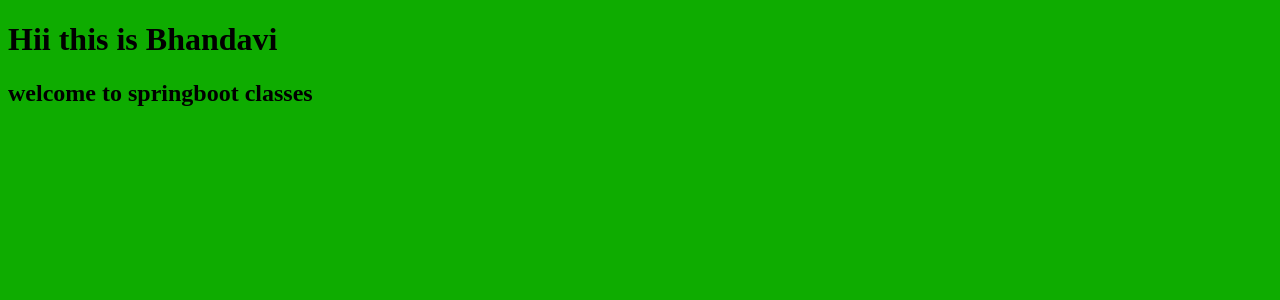
Repository: Bhandavi123/SpringPrograms
Page: SpringBootEx1/src/main/webapp/data.html
An editor plug-in stored every save of this project. The page is shown before and after the next save, followed by the edit.
The browser window is 1280 px wide. The pictures show the whole page.

Above is the page before, as saved 2024-03-19 09:28:12.

After the next save:
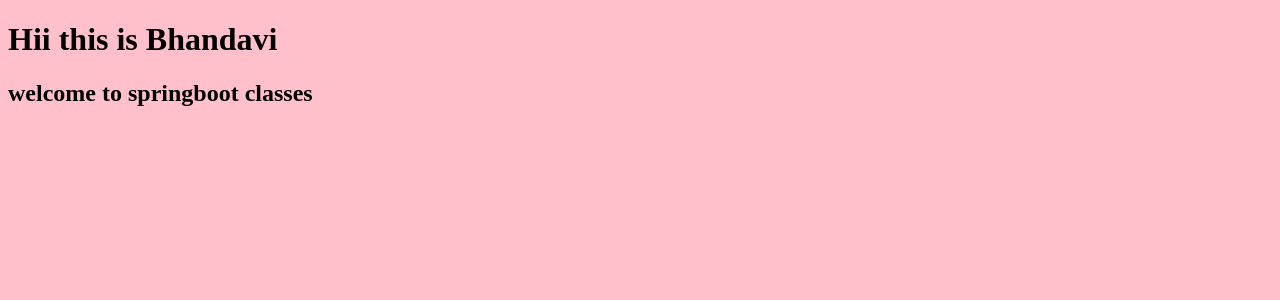
Saved 77 s later.
--- a/SpringBootEx1/src/main/webapp/data.html
+++ b/SpringBootEx1/src/main/webapp/data.html
@@ -4,7 +4,7 @@
 <meta charset="ISO-8859-1">
 <title>Insert title here</title>
 </head>
-<body bgcolor="peach">
+<body bgcolor="pink">
    <h1>Hii this is Bhandavi</h1>
    <h2>welcome to springboot classes</h2>
 
